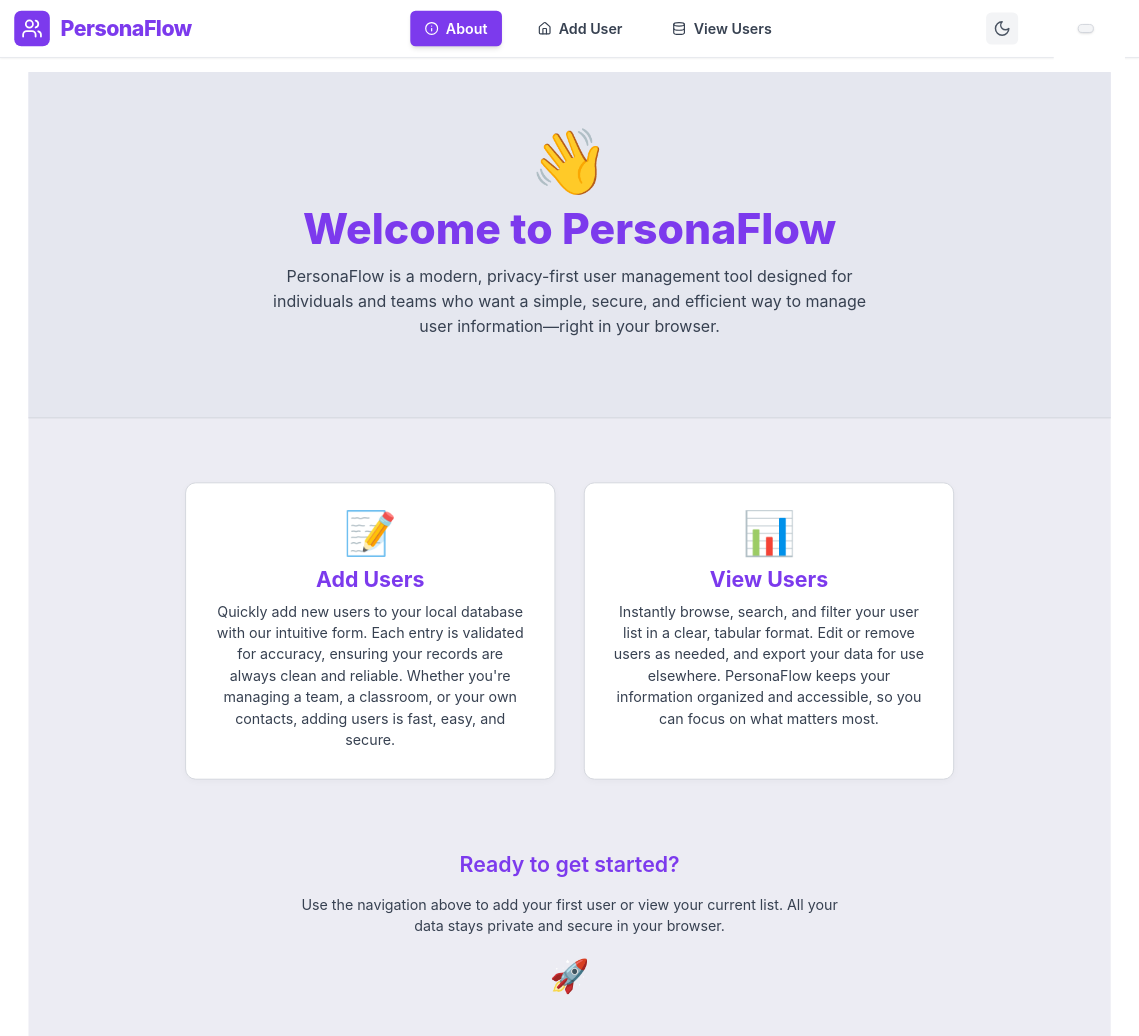
Repository: nikunjagarwal05/PersonaFlow
Page: /
An editor plug-in stored every save of this project. The page is shown before and after the next save, followed by the edit.
The browser window is 1280 px wide. The pictures show the whole page, at 89% of full size.
The project was rebuilt for these pictures with package versions that can differ from the ones it lists, and the page was loaded fresh each time. Also part of the build but not shown: vite.config.ts, src/components/Toast.jsx, src/components/LanguageSelector.jsx, src/components/UserForm.jsx, src/utils/localStorage.js, src/pages/Home.jsx, src/components/UserTable.jsx, src/components/SearchBar.jsx and 3 more.

Above is the page before, as saved 2025-06-12 12:34:20.

After the next save:
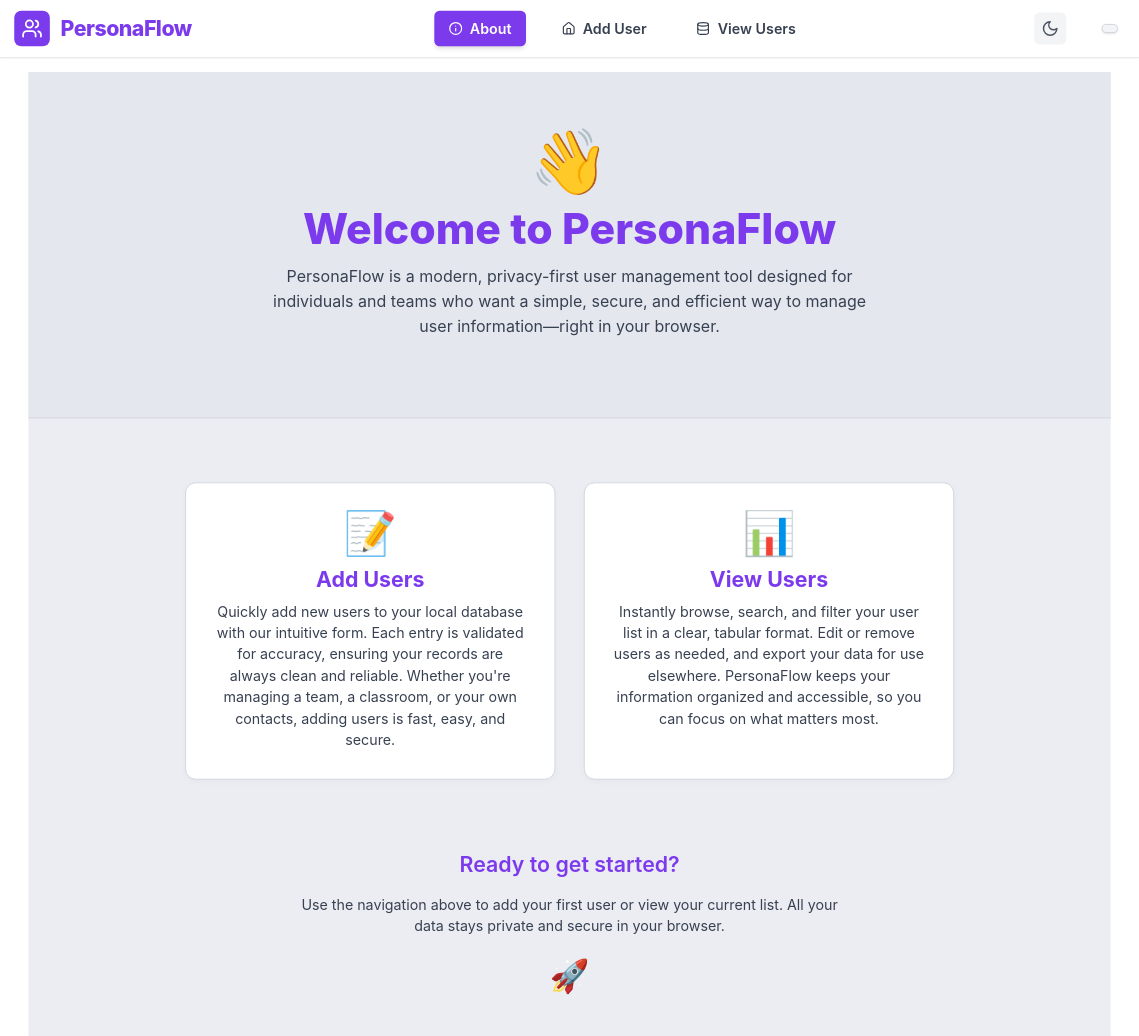
Saved 32 s later.
--- a/src/components/Navbar.jsx
+++ b/src/components/Navbar.jsx
@@ -74,7 +74,7 @@ const Navbar = ({ darkMode, toggleDarkMode }) => {
             </button>
           </div>
 
-          <div className='flex justify-center items-center h-20 w-20 bg-white'>
+          <div className='flex justify-center items-center '>
             <div id="google_translate_element"></div>
           </div>
         </div>
